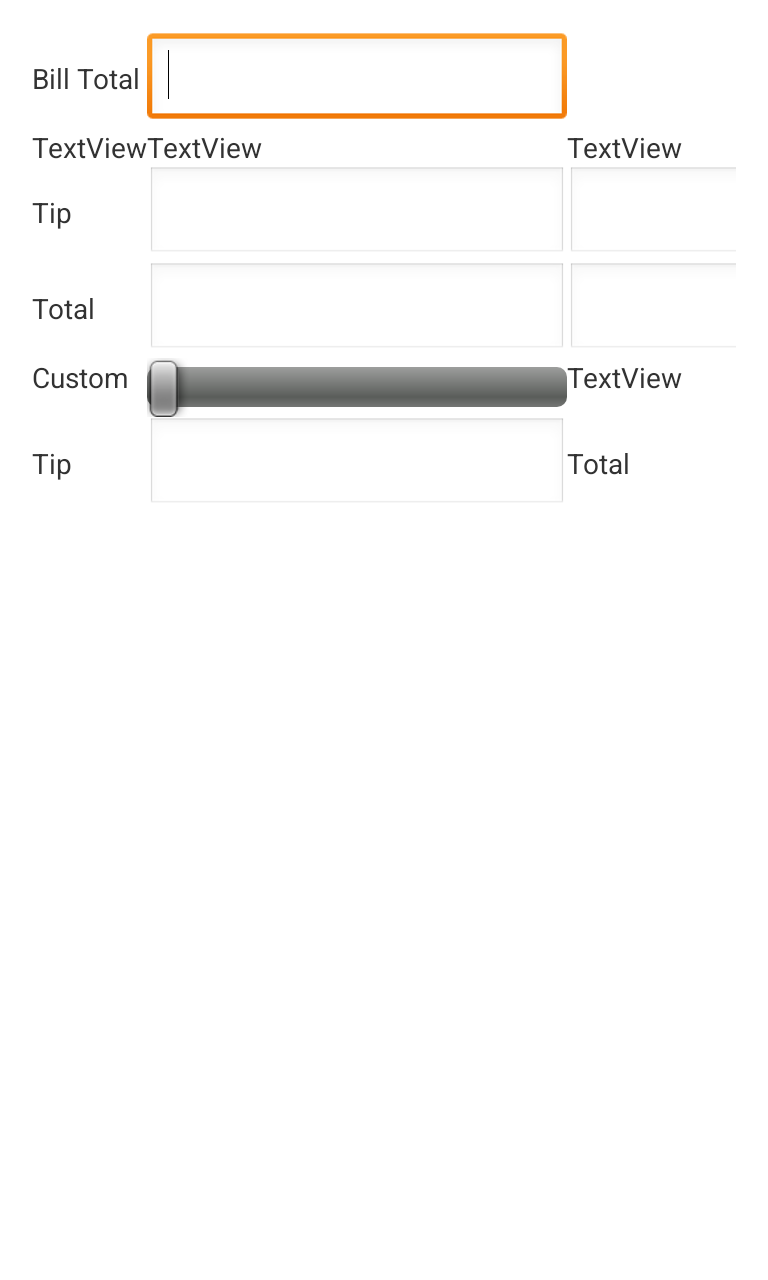
Repository: PaddyWilson/APPD2000
Layout: Workspace/Calculator/res/layout/activity_main.xml
An editor plug-in stored every save of this project. The layout is shown before and after the next save, followed by the edit.
It is drawn on a 768 x 1280 px phone screen (xhdpi) without system bars, with theme AppTheme; the app's code is not run.

Above is the layout before, as saved 2014-09-15 16:36:42.

After the next save:
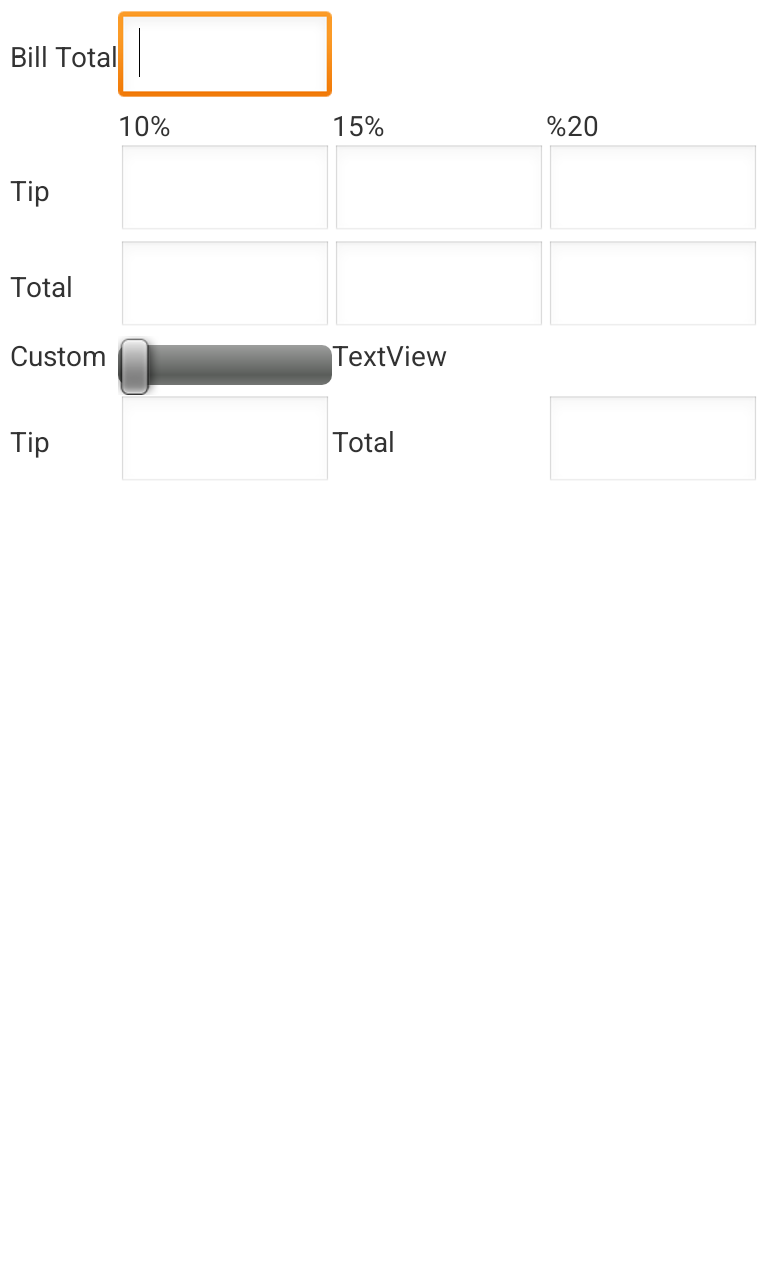
Saved 4 min 47 s later.
--- a/Workspace/Calculator/res/layout/activity_main.xml
+++ b/Workspace/Calculator/res/layout/activity_main.xml
@@ -3,10 +3,13 @@
     android:id="@+id/TableLayout1"
     android:layout_width="match_parent"
     android:layout_height="match_parent"
+    android:padding="5dp"
     android:paddingBottom="@dimen/activity_vertical_margin"
     android:paddingLeft="@dimen/activity_horizontal_margin"
     android:paddingRight="@dimen/activity_horizontal_margin"
     android:paddingTop="@dimen/activity_vertical_margin"
+    android:shrinkColumns="1,2,3"
+    android:stretchColumns="1,2,3"
     tools:context="com.example.calculator2.MainActivity" >
 
     <TableRow
@@ -38,22 +41,28 @@
         android:layout_height="wrap_content" >
 
         <TextView
+            android:id="@+id/textView1"
+            android:layout_width="wrap_content"
+            android:layout_height="wrap_content"
+            android:text=" " />
+
+        <TextView
             android:id="@+id/tenTextView"
             android:layout_width="wrap_content"
             android:layout_height="wrap_content"
-            android:text="TextView" />
+            android:text="@string/txt10" />
 
         <TextView
             android:id="@+id/fifteenTextView"
             android:layout_width="wrap_content"
             android:layout_height="wrap_content"
-            android:text="TextView" />
+            android:text="@string/txt15" />
 
         <TextView
             android:id="@+id/twentyTextView"
             android:layout_width="wrap_content"
             android:layout_height="wrap_content"
-            android:text="TextView" />
+            android:text="@string/txt20" />
 
     </TableRow>
 
